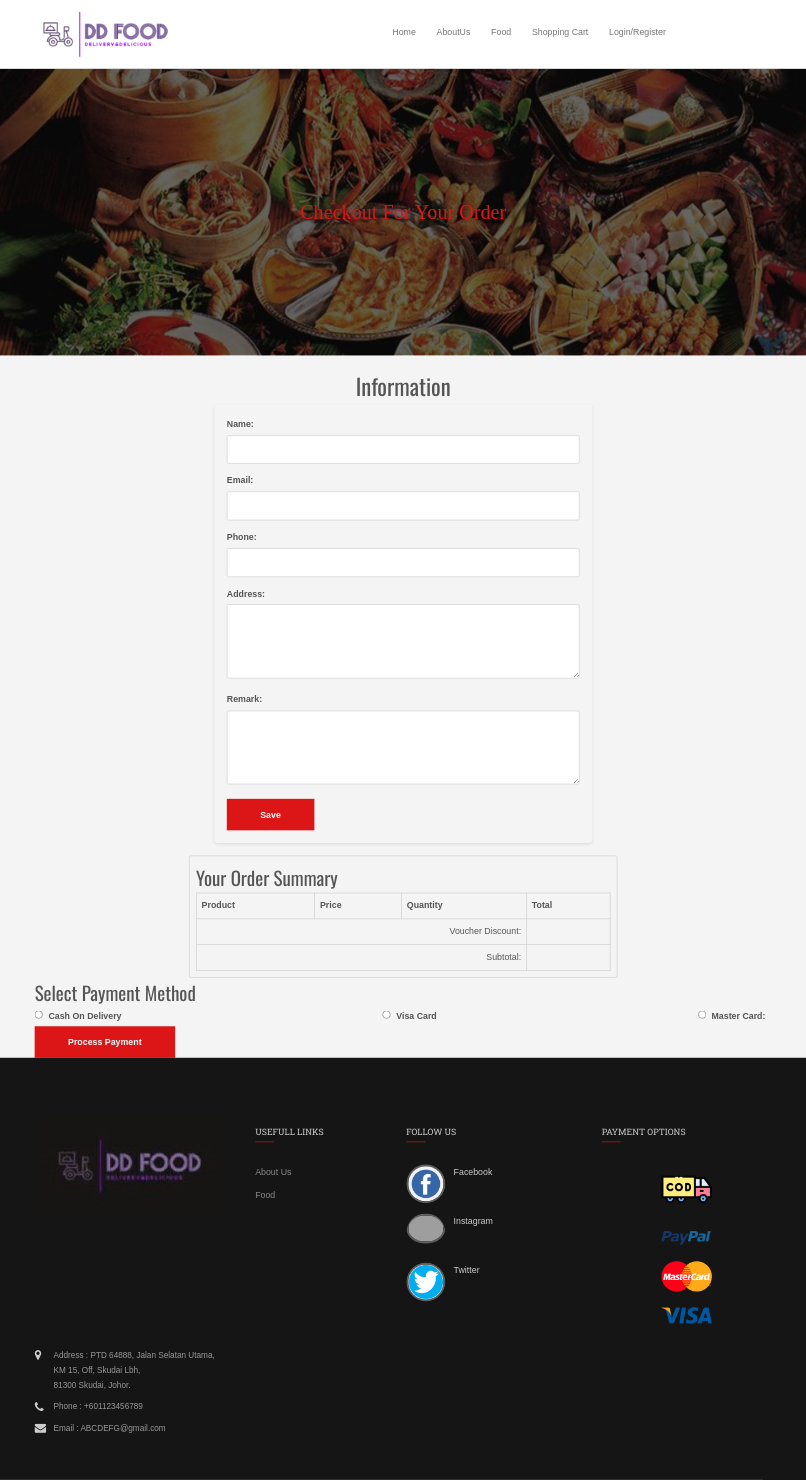
Repository: Tanhx987/Food-Ordering-Delivery-System
Page: checkout.html
These files come from the project's save history. The page is drawn as it stood at one moment and after a run of saves; the edit follows.
The browser window is 1280 px wide. The pictures show the whole page, at 63% of full size.
Pictures or frames that could not be fetched are drawn as grey boxes. Backgrounds fixed to the window are drawn as part of the page. Some web fonts or font styles are not loaded; a fallback is used.

Above is the page before, as saved 2023-08-13 22:06:25.

### checkout.html
<!DOCTYPE html>
<html lang="en">
<head>
<meta charset="utf-8"/>
<meta http-equiv="X-UA-Compatible" content="IE=edge">
<meta name="viewport" content="width=device-width, initial-scale=1.0, maximum-scale=1.0">

<title>checkout || DD Food</title>
<link href="css/bootstrap.css" rel="stylesheet">
<link href="css/revolution-slider.css" rel="stylesheet">
<link href="css/style.css" rel="stylesheet">
<link href="css/bootstrap.vertical-tabs.css" rel="stylesheet">
<link href="css/responsive.css" rel="stylesheet">
<style>
    body {
    font-family: Arial, sans-serif;
    margin: 0;
    padding: 0;
    background-color: #f4f4f4;
}
h1 {
    text-align: center;
    margin-top: 20px;
}
.container {
    max-width: 600px;
    margin: 0 auto;
    padding: 20px;
    border-radius: 5px;
    box-shadow: 0 2px 5px rgba(0, 0, 0, 0.1);
}
label {
    display: block;
    font-weight: bold;
    margin-bottom: 5px;
}
input[type="text"],
input[type="email"],
input[type="tel"],
textarea {
    width: 100%;
    padding: 10px;
    margin-bottom: 15px;
    border: 1px solid #ccc;
    border-radius: 3px;
}
textarea {
    resize: vertical;
}
input[type="submit"] {
    background-color: #007bff;
    color: #ffffff;
    padding: 10px 20px;
    border: none;
    border-radius: 3px;
    cursor: pointer;
}
input[type="submit"]:hover {
    background-color: #0056b3;
}
.order-summary {
    border: 1px solid #ccc;
    padding: 10px;
    border-radius: 3px;
    margin-top: 20px;
    margin-left: 300px;
    margin-right: 300px;
}
.order-summary table {
    width: 100%;
    border-collapse: collapse;
}
.order-summary th,
.order-summary td {
    border: 1px solid #ccc;
    padding: 8px;
    text-align: left;
}
.payment-options {
    display: flex;
    justify-content: space-between;
    align-items: center;
    margin-right: 10px;
}

.payment-option:last-child {
    margin-right: 0;
}

.payment-option input[type="radio"] {
    margin-right: 5px;
}

.payment-option-label {
    display: inline-block;
}
</style>
</head>

<body>

    <header class="main-header">
    	<div class="header-top">
            	<div class="clearfix">
    	<div class="main-box">
        	<div class="auto-container">
            	<div class="outer-container clearfix">
                    <div class="logo-box">
                        <div class="logo"><a href="index.html"><img src="images/DD Food Logo 4.png"
                        alt="Artica"></a></div>
                    </div>


                    <div class="nav-outer clearfix">
                        <nav class="main-menu">
                            <div class="navbar-header">
                                <button type="button" class="navbar-toggle" data-toggle="collapse" data-target=".navbar-collapse">
                                <span class="icon-bar"></span>
                                <span class="icon-bar"></span>
                                <span class="icon-bar"></span>
                                </button>
                            </div>
                                <div class="navbar-collapse collapse clearfix">
                                    <ul class="navigation clearfix">
                                        <ul class="navigation clearfix">
                                            <li><a href="index.html">Home</a></li>
                                            <li><a href="about.html">AboutUs</a></li>
                                             <li><a href="food.html">Food</a></li>
                                                    <li><a href="shopping-cart.html">Shopping Cart</a></li>
                                                    <li><a href="Login.php">Login/Register</a></li>
                                        </ul>
                                    </li>
                                 </ul>
                            </div>
                        </nav>

                    </div>

                    <div class="nav-toggler">
                    	<button class="hidden-bar-opener"><span class="icon fa fa-bars"></span></button>
                    </div>

            	</div>
            </div>
        </div>

    </header>

    <section class="hidden-bar right-align">

        <div class="hidden-bar-closer">
            <button class="btn"><i class="fa fa-close"></i></button>
        </div>

        <div class="hidden-bar-wrapper">

            <div class="logo text-center">
                <a href="index.html"><img src="images/DD Food Logo 4.png"
                        alt="Artica"></a>
            </div>

            <div class="side-menu">
                <ul class="navigation clearfix">
                    <li><a href="index.html">Home</a></li>
                    <li><a href="about.html">AboutUs</a></li>
                     <li><a href="food.html">Food</a></li>
                            <li><a href="shopping-cart.html">Shopping Cart</a></li>
                            <li><a href="Login.php">Login/Register</a></li>
                 </ul>
            </div>

            <div class="social-icons">
                <ul>
                    <li><a href="https://www.facebook.com/campaign/landing.php?campaign_id=1742551639&extra_1=s%7Cc%7C339370934041%7Ce%7Cfacebook%27%7C&placement=&creative=339370934041&keyword=facebook%27&partner_id=googlesem&extra_2=campaignid%3D1742551639%26adgroupid%3D72230628630%26matchtype%3De%26network%3Dg%26source%3Dnotmobile%26search_or_content%3Ds%26device%3Dc%26devicemodel%3D%26adposition%3D%26target%3D%26targetid%3Dkwd-362360550869%26loc_physical_ms%3D1010274%26loc_interest_ms%3D%26feeditemid%3D%26param1%3D%26param2%3D&gclid=EAIaIQobChMI9umNldPQ_wIVupNmAh3yNAHHEAAYASAAEgKKmPD_BwE"><i class="fa fa-facebook"></i></a></li>
                    <li><a href="https://twitter.com/i/flow/login?input_flow_data=%7B%22requested_variant%22%3A%22eyJsYW5nIjoiemgifQ%3D%3D%22%7D"><i class="fa fa-twitter"></i></a></li>
                    <li><a href="https://accounts.google.com/v3/signin/identifier?dsh=S1426733690%3A1687229349870682&continue=https%3A%2F%2Faccounts.google.com%2F&followup=https%3A%2F%2Faccounts.google.com%2F&ifkv=Af_xneEU3cWq8NHQuV4qFGc-PO-hUDJojJdWamvLRfTkHl7uyvB1icU5OxV4fNbEZx-qCA9QHO8hvw&passive=1209600&flowName=GlifWebSignIn&flowEntry=ServiceLogin"><i class="fa fa-google"></i></a></li>
                </ul>
            </div>
        </div>
        </div>
    </section>

    <section class="page-title" style="background-image:url(images/food\ background\ 3.jpg);">
    	<div class="auto-container">
    		<h3>Checkout For Your Order</h3>
        </div>
    </section>

    <h1>Information</h1>
    <div class="container">
        <form action="Order.html" method="post">
            <label for="name">Name:</label>
            <input type="text" id="name" name="name" required>

            <label for="email">Email:</label>
            <input type="email" id="email" name="email" required>

            <label for="phone">Phone:</label>
            <input type="tel" id="phone" name="phone" required>

            <label for="address">Address:</label>
            <textarea id="address" name="address" rows="4" required></textarea>

            <label for="remark">Remark:</label>
            <textarea id="remark" name="remark" rows="4"></textarea>
        </form>
        <div class="save-button-container">
            <button type="button" class="theme-btn btn-style-one" onclick="saveOrder()">Save</button>
        </div>
    </div>
        <div class="order-summary">
            <h2>Your Order Summary</h2>
    <table>
        <thead>
            <tr>
                <th>Product</th>
                <th>Price</th>
                <th>Quantity</th>
                <th>Total</th>
            </tr>
        </thead>
        <tbody id="order-summary-table">
        </tbody>
        <tfoot>
            <tr>
                <td colspan="3" style="text-align: right;">Voucher Discount:</td>
                <td style="text-align: right;" id="voucher-discount-cell"></td>
            </tr>
            <tr>
                <td colspan="3" style="text-align: right;">Subtotal:</td>
                <td style="text-align: right;" id="subtotal-cell"></td>
            </tr>
        </tfoot>
    </table>
</div>

<section class="payment-section">
    <div class="auto-container">
        <h2>Select Payment Method</h2>
        <div class="payment-options">
            <label class="payment-option">
                <input type="radio" name="payment-method" id="cash-on-delivery" value="cash-on-delivery" onclick="toggleCardDetailsForm(false)">
                <span class="payment-option-label">Cash On Delivery</span>
            </label>

            <label class="payment-option">
                <input type="radio" name="payment-method" id="visa-card" value="visa-card" onclick="toggleCardDetailsForm(true)">
                <span class="payment-option-label">Visa Card</span>
            </label>

            <label class="payment-option">
                <input type="radio" name="payment-method" id="master-card" value="master-card" onclick="toggleCardDetailsForm(true)">
                <span class="payment-option-label">Master Card:</span>
            </label>
        </div>
        <div id="card-details-form" style="display: none;">
            <label for="card-holder">Card Holder:</label>
            <input type="text" name="card-holder" id="card-holder" placeholder="XXXX">

            <label for="card-number">Card Number:</label>
            <input type="text" name="card-number" id="card-number" placeholder="1XXX 2XXX 3XXX 4XXX">

            <label for="expiry-date">MM/YY:</label>
            <input type="text" name="expiry-date" id="expiry-date" placeholder="XX/XX">

            <label for="security-code">Security Code:</label>
            <input type="text" name="security-code" id="security-code" placeholder="XXX">
        </div>
        <button type="button" class="theme-btn btn-style-one" onclick="processingPayment()">Process Payment</button>
</section>
</div>
</section>


    <footer class="main-footer">
        <div class="auto-container">
        <div class="widgets-section">
            <div class="row clearfix">
                	<div class="big-column col-md-6 col-sm-12 col-xs-12">
                    	<div class="row clearfix">

                        	<div class="footer-column col-md-7 col-sm-7 col-xs-12">
                            	<div class="footer-widget about-widget">
                                	<div class="footer-logo"><figure><a href="index.html"><img src="images/DD Food Logo 4 black.jpg" alt=""></a></figure></div>
                                    <div class="widget-content">
                                        <iframe src="https://www.google.com/maps/embed?pb=!1m14!1m8!1m3!1d198954.92565127707!2d-85.0099073!3d-78.767676!3m2!1i1024!2i768!4f13.1!3m3!1m2!1s0xbb2a312796f521b9%3A0xc78da907d0db09c5!2z5Z-D5bCU5pav5rKD5oCd5bGx6ISJ!5e0!3m2!1szh-CN!2smy!4v1687278324396!5m2!1szh-CN!2smy" width="300" height="200" style="border:0;" allowfullscreen="" loading="lazy" referrerpolicy="no-referrer-when-downgrade"></iframe>

                                        <ul class="contact-info">
                                            <li><i class="fa fa-map-marker" aria-hidden="true"></i>
                                                Address : PTD 64888, Jalan Selatan Utama,<br>KM 15, Off, Skudai Lbh,<br> 81300 Skudai, Johor.</li>
                                                <li><i class="fa fa-phone" aria-hidden="true"></i>
                                                    Phone : +601123456789</li>
                                                <li><i class="fa fa-envelope" aria-hidden="true"></i>
                                                    Email : ABCDEFG@gmail.com</li>
                                        </ul>

                                    </div>
                                </div>
                            </div>

                        	<div class="footer-column col-md-5 col-sm-5 col-xs-12">
                            	<div class="footer-widget links-widget">
                                	<h2>usefull links</h2>
                                    <div class="widget-content">
                                        <ul class="list">
                                            <li><a href="about.html">About Us</a></li>
                                            <li><a href="food.html">Food</a></li>
                                        </ul>
                                    </div>
                                </div>

                            </div>

                        </div>
                    </div>

                	<div class="big-column col-md-6 col-sm-12 col-xs-12">
                    	<div class="row clearfix">

                        	<div class="footer-column col-md-6 col-sm-6 col-xs-12">
                            	<div class="footer-widget posts-widget">
                                	<h2>Follow Us</h2>
                                    <div class="widget-content">
                                    	<div class="posts">

                                            <div class="post">
                                                <figure class="post-thumb"><img src="images/facebook.png" alt=""><a href="https://www.facebook.com/pages/create/?ref_type=registration_form" class="overlay-link"><span class="fa fa-link"></span></a></figure>
                                                <div class="desc-text"><a href="https://www.facebook.com/pages/create/?ref_type=registration_form">Facebook</a></div>
                                            </div>
                                            <div class="post">
                                                <figure class="post-thumb"><img src="images/png-transparent-social-media-instagram-login-graphy-ig-instagram-icon-rectangle-magenta-mobile-phones-thumbnail.png" alt=""><a href="https://www.instagram.com/" class="overlay-link"><span class="fa fa-link"></span></a></figure>
                                                <div class="desc-text"><a href="https://www.instagram.com/">Instagram</a></div>
                                            </div>
                                            <div class="post">
                                                <figure class="post-thumb"><img src="images/twitter.png" alt=""><a href="https://twitter.com/i/flow/login?input_flow_data=%7B%22requested_variant%22%3A%22eyJsYW5nIjoiemgifQ%3D%3D%22%7D" class="overlay-link"><span class="fa fa-link"></span></a></figure>
                                                <div class="desc-text"><a href="https://twitter.com/i/flow/login?input_flow_data=%7B%22requested_variant%22%3A%22eyJsYW5nIjoiemgifQ%3D%3D%22%7D">Twitter</a></div>
                                            </div>
                                        </div>
                                    </div>
                                </div>
                            </div>

                        	<div class="footer-column col-md-6 col-sm-6 col-xs-12">
                            	<div class="footer-widget opening-widget">
                                    <h2>Payment Options</h2>
                                    <div class="widget-content">
                            <ul>
                                <li><a href="checkout.html"> <img src="images/cod.png" alt="Cash On Delivery"></a>
                                </li>

                                <li><a href="checkout.html"> <img src="images/PayPal_Logo_2007.png" alt="Paypal"></a>
                                </li>

                                <li><a href="checkout.html"> <img src="images/mastercard.png" alt="Mastercard"></a>
                            </li>

                                <li><a href="checkout.html"> <img src="images/Visa_Logo_2005.png" alt="Visa"></a>
                            </li>

                            </ul>
                        </div>
                    </div>
                </div>
            </div>
        </div>
    </div>
</footer>

<div class="scroll-to-top scroll-to-target" data-target="html"><span class="fa fa-long-arrow-up"></span></div>

<script src="js/jquery.js"></script>
<script src="js/bootstrap.min.js"></script>
<script src="js/revolution.min.js"></script>
<script src="js/jquery.fancybox.pack.js"></script>
<script src="js/jquery.fancybox-media.js"></script>
<script src="js/owl.js"></script>
<script src="js/wow.js"></script>
<script src="js/jquery.mCustomScrollbar.concat.min.js"></script>
<script src="js/script.js"></script>
<script>
    let cardHolderValue = "";
    let cardNumberValue = "";
    let expiryDateValue = "";
    let securityCodeValue = "";

    function toggleCardDetailsForm(show) {
      const cardDetailsForm = document.getElementById('card-details-form');
      if (show) {
        cardDetailsForm.style.display = 'block';
        document.getElementById('card-holder').value = cardHolderValue;
        document.getElementById('card-number').value = cardNumberValue;
        document.getElementById('expiry-date').value = expiryDateValue;
        document.getElementById('security-code').value = securityCodeValue;
      } else {
        cardHolderValue = document.getElementById('card-holder').value;
        cardNumberValue = document.getElementById('card-number').value;
        expiryDateValue = document.getElementById('expiry-date').value;
        securityCodeValue = document.getElementById('security-code').value;

        cardDetailsForm.style.display = 'none';
      }
    }

    window.onload = function () {
    var orderSummaryTable = document.getElementById('order-summary-table');
    var cartItems = JSON.parse(localStorage.getItem('cartItems'));

    if (cartItems && cartItems.length > 0) {
        for (var i = 0; i < cartItems.length; i++) {
            var item = cartItems[i];
            var row = document.createElement('tr');
            row.innerHTML = '<td>' + item.name + '</td><td>' + item.price + '</td><td>' + item.quantity + '</td><td>' + item.total + '</td>';
            orderSummaryTable.appendChild(row);
        }
    }

    var voucherDiscountCell = document.getElementById('voucher-discount-cell');
    var subtotalCell = document.getElementById('subtotal-cell');
    var queryParams = new URLSearchParams(window.location.search);
    var subtotal = queryParams.get('subtotal');
    var voucherDiscount = queryParams.get('discount');

    if (subtotal && voucherDiscount) {
        voucherDiscountCell.textContent = '-RM ' + voucherDiscount;
        subtotalCell.textContent = subtotal;
    }
};
function saveOrder() {
    var name = document.getElementById('name').value;
    var email = document.getElementById('email').value;
    var phone = document.getElementById('phone').value;
    var address = document.getElementById('address').value;
    var remark = document.getElementById('remark').value;

    var cartItems = JSON.parse(localStorage.getItem('cartItems'));

    var orderSummary = [];
    for (var i = 0; i < cartItems.length; i++) {
        var item = cartItems[i];
        orderSummary.push({
            name: item.name,
            price: item.price,
            quantity: item.quantity,
            total: item.total
        });
    }

    var queryParams = new URLSearchParams(window.location.search);
    var voucherDiscount = queryParams.get('discount');
    var subtotal = queryParams.get('subtotal');

    var order = {
        name: name,
        email: email,
        phone: phone,
        address: address,
        remark: remark,
        orderSummary: orderSummary,
        voucherDiscount: '-RM ' + voucherDiscount,
        subtotal: ' ' + subtotal,
    };

    var orders = JSON.parse(localStorage.getItem('orders')) || [];

    orders.push(order);

    localStorage.setItem('orders', JSON.stringify(orders));

    alert('Your information is saved!');
}

function processingPayment(){
    var selectedPaymentMethod = document.querySelector('input[name="payment-method"]:checked').value;

if (selectedPaymentMethod === 'cash-on-delivery') {
    window.location.href = 'CODpayment.html';
} else if (selectedPaymentMethod === 'visa-card' || selectedPaymentMethod === 'master-card') {
    window.location.href = 'cardpayment.html';
}
}

</script>
</body>
</html>

Loaded but not shown: css/bootstrap.css (library); css/revolution-slider.css (library); css/bootstrap.vertical-tabs.css (common file); js/jquery.js (library); js/bootstrap.min.js (library); js/revolution.min.js (library); js/jquery.fancybox.pack.js (library); js/jquery.fancybox-media.js (library); js/wow.js (library); js/jquery.mCustomScrollbar.concat.min.js (library); css/font-awesome.css (library); css/animate.css (library); css/jquery.fancybox.css (library); css/jquery.mCustomScrollbar.min.css (library); js/owl.js (3058 lines, source omitted); js/script.js (524 lines, source omitted); css/style.css (5715 lines, source omitted); css/responsive.css (353 lines, source omitted); css/owl.css (256 lines, source omitted)

After the next 2 saves:
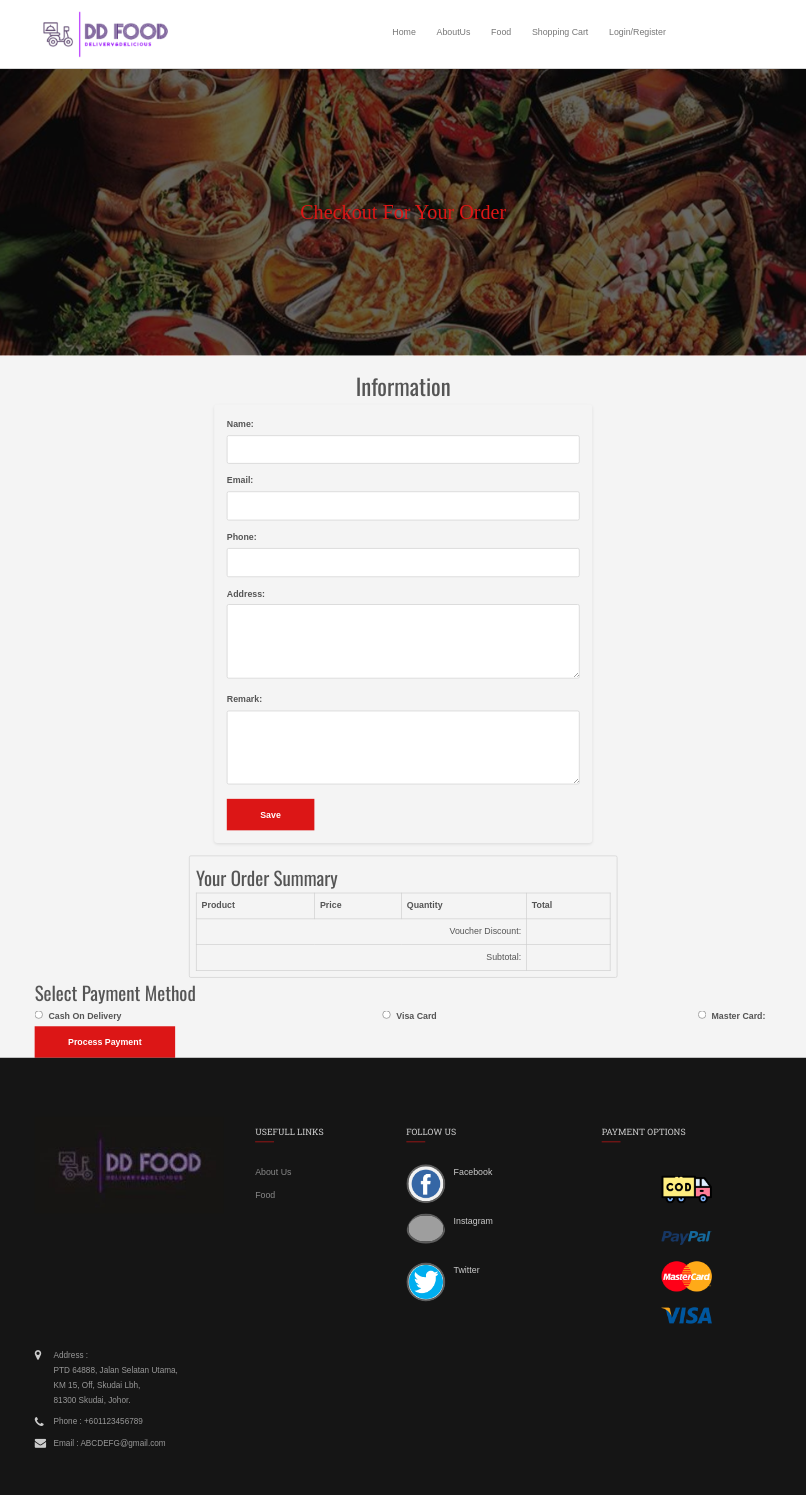
The 2 saves are shown as one change because they came seconds apart.
The last was saved 14 s later.
--- a/checkout.html
+++ b/checkout.html
@@ -287,7 +287,7 @@ input[type="submit"]:hover {
 
                                         <ul class="contact-info">
                                             <li><i class="fa fa-map-marker" aria-hidden="true"></i>
-                                                Address : PTD 64888, Jalan Selatan Utama,<br>KM 15, Off, Skudai Lbh,<br> 81300 Skudai, Johor.</li>
+                                                Address :<br> PTD 64888, Jalan Selatan Utama,<br>KM 15, Off, Skudai Lbh,<br> 81300 Skudai, Johor.</li>
                                                 <li><i class="fa fa-phone" aria-hidden="true"></i>
                                                     Phone : +601123456789</li>
                                                 <li><i class="fa fa-envelope" aria-hidden="true"></i>
